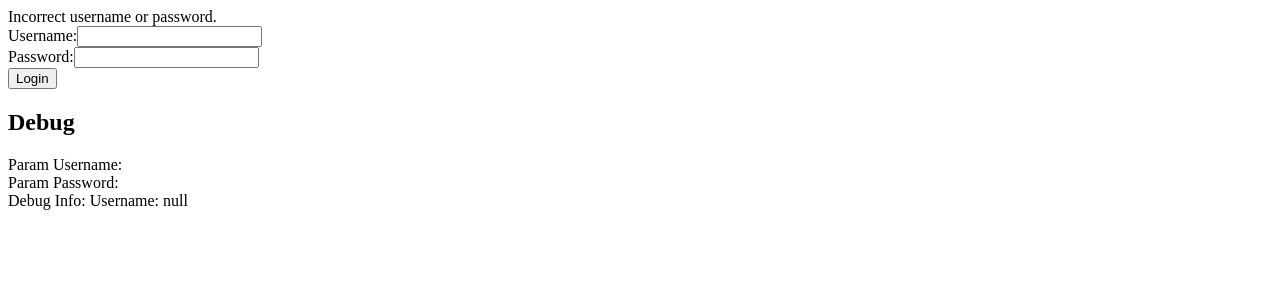
Repository: Bodily-Brad/CS313-Group-Java
Page: http://localhost/8.02/ValidateUser
These files come from the project's save history. The page is drawn as it stood at one moment and after the next save; the edit follows.
The browser window is 1280 px wide. The pictures show the whole page.
The page is served by Tomcat 9.

Above is the page before, as saved 2014-11-11 16:56:59.

After the next save:
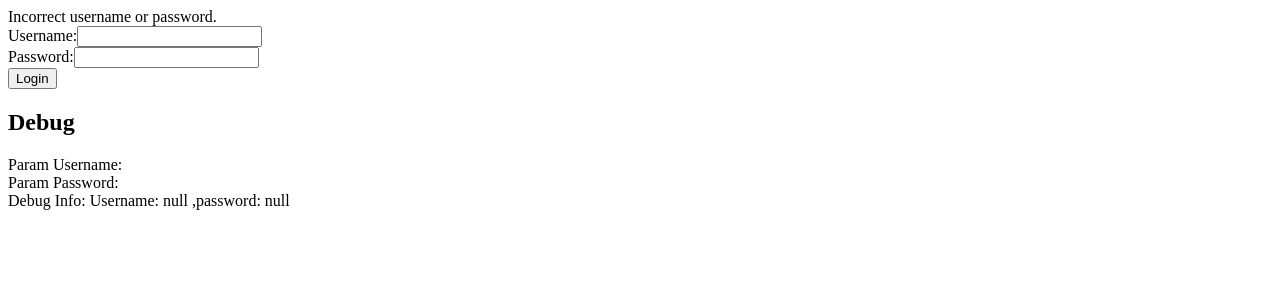
Saved 118 s later.
--- a/8.02/src/validation/ValidateUser.java
+++ b/8.02/src/validation/ValidateUser.java
@@ -43,7 +43,7 @@ public class ValidateUser extends HttpServlet {
 		else
 		{
 			request.setAttribute("message", "Incorrect username or password.");
-			request.setAttribute("debug", "Username: " + username);
+			request.setAttribute("debug", "Username: " + username +" ,password: " + password);
 			request.getRequestDispatcher("/login.jsp").forward(request, response);
 		}
 
